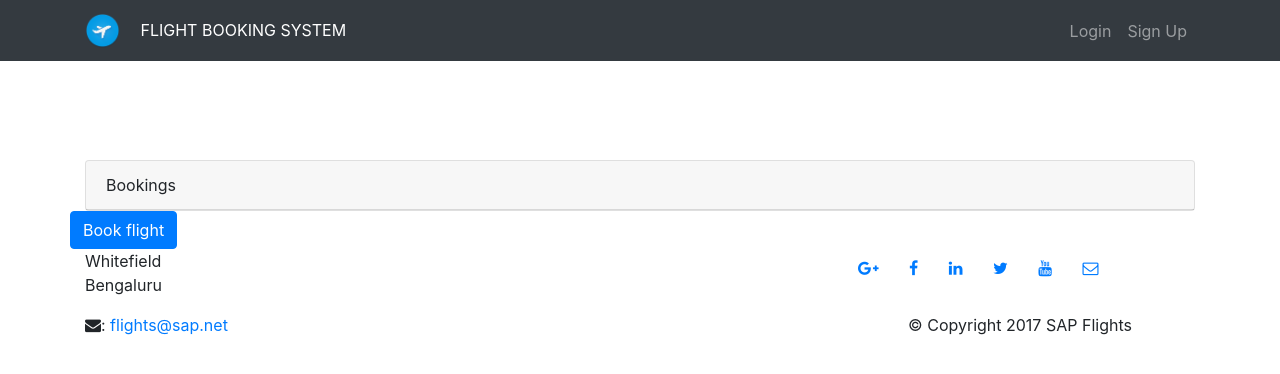
Repository: yashtatia/Spring-Practice
Page: http://localhost/FitnessTracker/WEB-INF/jsp/myBookings.jsp
These files come from the project's save history. The page is drawn as it stood at one moment and after the next save; the edit follows.
The browser window is 1280 px wide. The pictures show the whole page.
Some web libraries are served in a nearby version. The page is served by Tomcat 9. Nobody is signed in. The template is opened directly, without the code that normally fills it, so the values that code supplies are empty.

Above is the page before, as saved 2017-09-06 15:10:08.

After the next save:
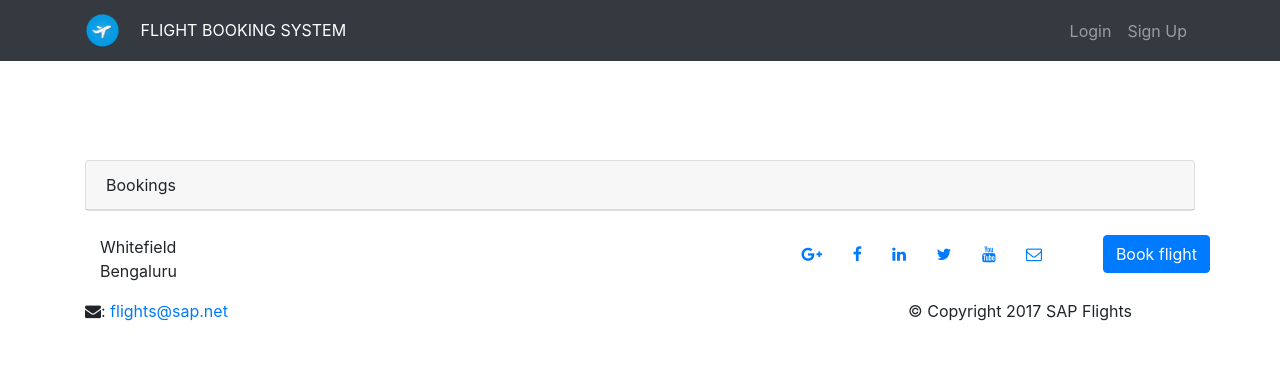
Saved 3 min 51 s later.
--- a/FitnessTracker/src/main/webapp/WEB-INF/jsp/myBookings.jsp
+++ b/FitnessTracker/src/main/webapp/WEB-INF/jsp/myBookings.jsp
@@ -70,10 +70,11 @@
 		</div>
 
 	</div>
+	<br/>
 	<div class="container" style="max-height: 300px;">
-						<div class="row row-content ">
+						<div class="row row-content float-right">
 
-								<a href="index.jsp" class="btn btn-large btn-primary float-right" id="qw">Book flight</a>
+								<a href="index.jsp" class="btn btn-large btn-primary" id="ye">Book flight</a>
 
 						</div>
 					</div>
